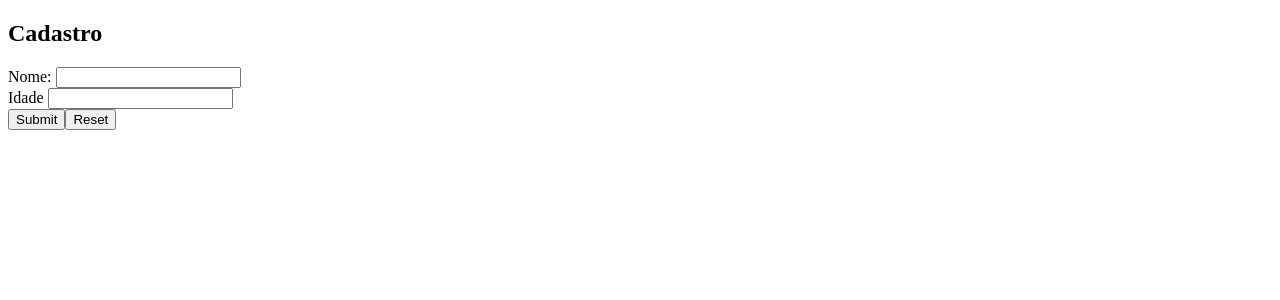
Repository: ViniciusyLima/SpringToolSuite4
Page: http://localhost/aula05/Cadastro.jsp
The author's editor kept a copy of each file at every save. The page is drawn from the files as they stood at one save, then again after the next save.
The browser window is 1280 px wide. The pictures show the whole page.
The page is served by Tomcat 9.

Above is the page before, as saved 2023-09-06 12:15:16.

After the next save:
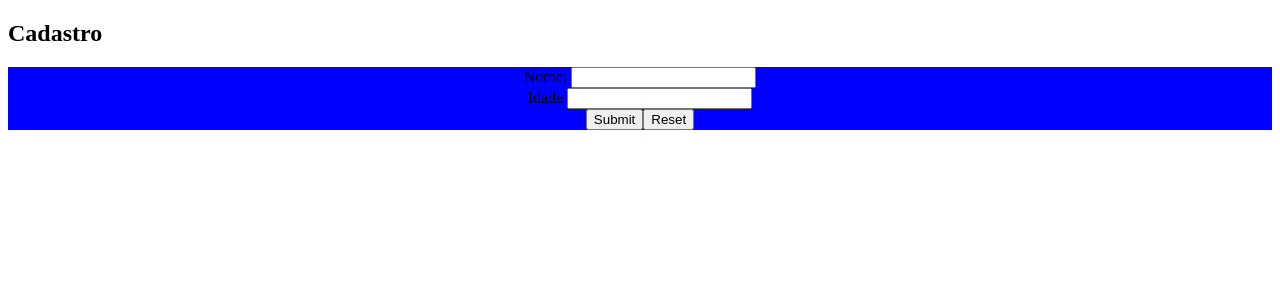
Saved 2 min 45 s later.
--- a/aula05/src/main/webapp/Cadastro.jsp
+++ b/aula05/src/main/webapp/Cadastro.jsp
@@ -6,7 +6,7 @@
 <meta charset="UTF-8">
 <title>CADASTRO</title>
 </head>
-<style href="Style.css"></style>
+<link rel= stylesheet type= text/css href=Style.css>
 <body>
 <h2>Cadastro</h2>
 	<div  class="texto">
